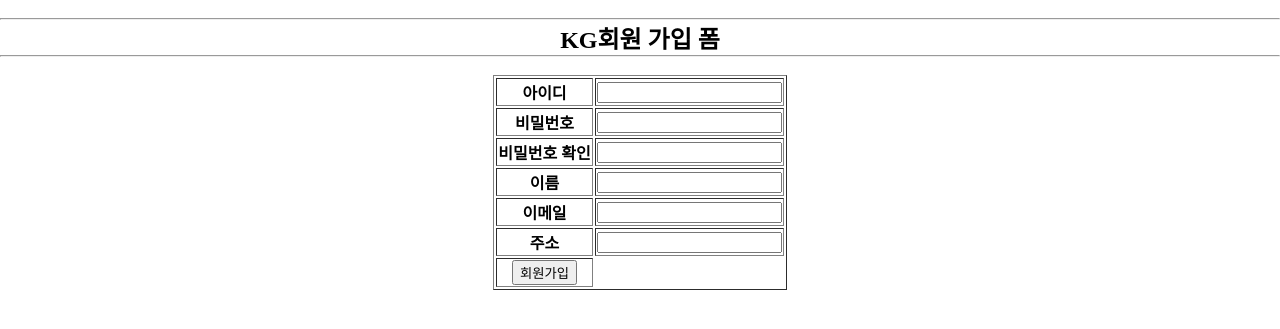
Repository: orieasy1/23-1-Programming-Study
Page: http://localhost/Jsp_DB/member/joinForm.jsp
An editor plug-in stored every save of this project. The page is shown before and after the next save, followed by the edit.
The browser window is 1280 px wide. The pictures show the whole page.
The page is served by Tomcat 9.

Above is the page before, as saved 2023-08-20 09:08:20.

After the next save:
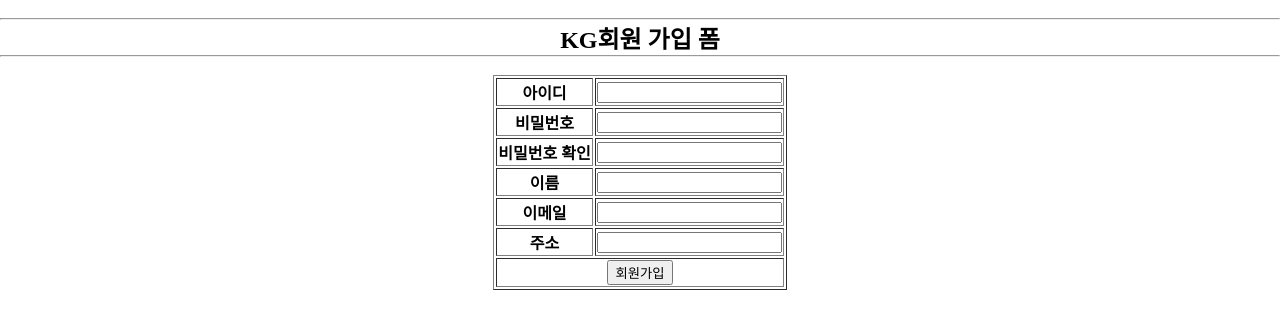
Saved 14 s later.
--- a/JSPcode/Jsp_DB/src/main/webapp/member/joinForm.jsp
+++ b/JSPcode/Jsp_DB/src/main/webapp/member/joinForm.jsp
@@ -68,7 +68,9 @@
 			</tr>
 
 			<tr>
-				<td><input type="submit" value="회원가입"></td>
+				<td colspan="2">
+					<input type="submit" value="회원가입">
+				</td>
 			</tr>
 
 		</table>
